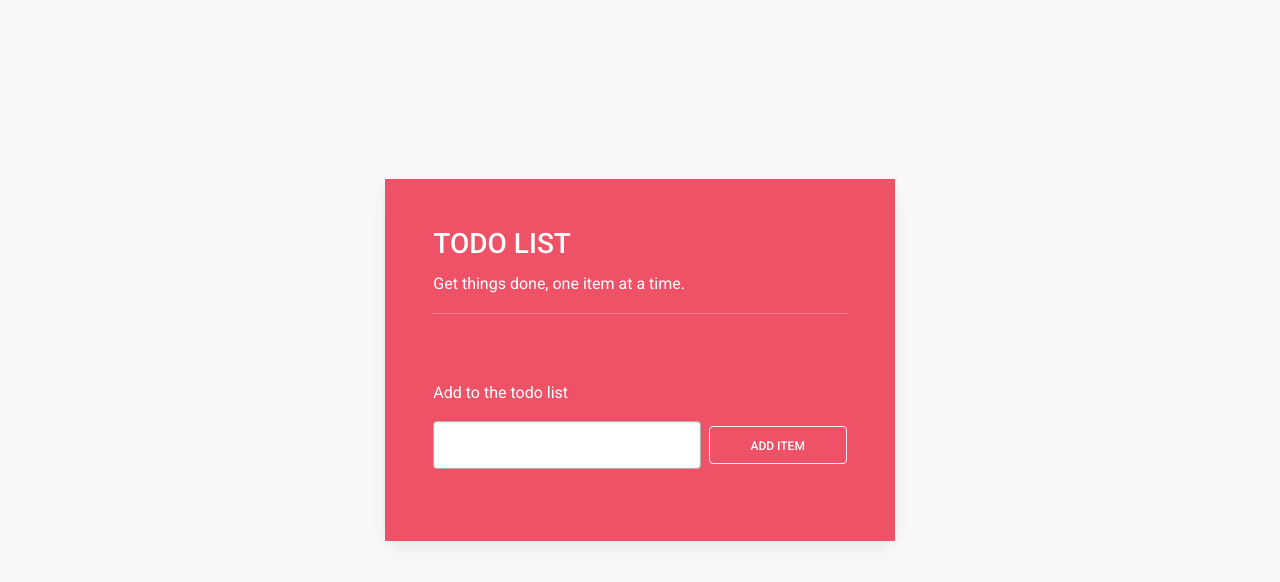
Repository: TinhTT336/MD02_HACKATHON01_HN_JV230620_BS_TranThiTinh_Basic
Page: /
The author's editor kept a copy of each file at every save. The page is drawn from the files as they stood at one save, then again after the next save.
The browser window is 1280 px wide. The pictures show the whole page.
Some web libraries are served in a nearby version. The project was rebuilt for these pictures with package versions that can differ from the ones it lists, and the page was loaded fresh each time. Also part of the build but not shown: vite.config.js, src/App.css.

Above is the page before, as saved 2023-09-05 11:41:28.

### index.html
<!DOCTYPE html>
<html lang="en">
  <head>
    <meta charset="UTF-8" />
    <link rel="icon" type="image/svg+xml" href="/vite.svg" />
    <meta name="viewport" content="width=device-width, initial-scale=1.0" />
    <title>Vite + React</title>
    <link
      href="https://cdnjs.cloudflare.com/ajax/libs/font-awesome/6.0.0/css/all.min.css"
      rel="stylesheet"
    />
    <link
      href="https://fonts.googleapis.com/css?family=Roboto:300,400,500,700&display=swap"
      rel="stylesheet"
    />
    <link
      href="https://cdnjs.cloudflare.com/ajax/libs/mdb-ui-kit/6.2.0/mdb.min.css"
      rel="stylesheet"
    />
  </head>
  <body>
    <div id="root"></div>
    <script type="module" src="/src/main.jsx"></script>
  </body>
</html>

### src/App.jsx
import { useState } from 'react'
import './App.css'
import TodoList from './TodoList/todoList'

function App() {
  const [count, setCount] = useState(0)

  return (
    <>
      <TodoList />
    </>
  )
}

export default App

### src/index.css
/* :root {
  font-family: Inter, system-ui, Avenir, Helvetica, Arial, sans-serif;
  line-height: 1.5;
  font-weight: 400;

  color-scheme: light dark;
  color: rgba(255, 255, 255, 0.87);
  background-color: #242424;

  font-synthesis: none;
  text-rendering: optimizeLegibility;
  -webkit-font-smoothing: antialiased;
  -moz-osx-font-smoothing: grayscale;
  -webkit-text-size-adjust: 100%;
}

a {
  font-weight: 500;
  color: #646cff;
  text-decoration: inherit;
}
a:hover {
  color: #535bf2;
}

body {
  margin: 0;
  display: flex;
  place-items: center;
  min-width: 320px;
  min-height: 100vh;
}

h1 {
  font-size: 3.2em;
  line-height: 1.1;
}

button {
  border-radius: 8px;
  border: 1px solid transparent;
  padding: 0.6em 1.2em;
  font-size: 1em;
  font-weight: 500;
  font-family: inherit;
  background-color: #1a1a1a;
  cursor: pointer;
  transition: border-color 0.25s;
}
button:hover {
  border-color: #646cff;
}
button:focus,
button:focus-visible {
  outline: 4px auto -webkit-focus-ring-color;
}

@media (prefers-color-scheme: light) {
  :root {
    color: #213547;
    background-color: #ffffff;
  }
  a:hover {
    color: #747bff;
  }
  button {
    background-color: #f9f9f9;
  }
} */
body {
  background-color: #faf7f8 !important;
}
.vh-100 {
  width: 50% !important;
  margin: 0 auto !important;
}
.card-body {
  background-color: #ef5267 !important;
  color: #fff !important;
}
.form-control {
  background-color: #fff !important;
  padding: 10px !important;
  width: 100% !important;
}
.list-group-item {
  background-color: #e88c987f !important;
  color: #fff !important;
}
.fas,
.form-check-input {
  color: #fff !important;
}
.btn-info {
  background-color: #ef5267 !important;
  border: 1px solid #efeffe !important;
  width: 45% !important;
  box-shadow: none !important;
}

### src/TodoList/todoList.jsx
import React, { useRef, useState } from 'react'

export default function TodoList() {
    const [input, setInput] = useState("");
    const [todos, setTodos] = useState(() => {
        const list = JSON.parse(localStorage.getItem("todos")) || [];
        return list;
    });
    const inputRef = useRef();
    const [idEdit, setIdEdit] = useState(null);
    // ham them submit
    const handleSubmit = (e) => {
        e.preventDefault();
        if (input !== "") {
            const newTodo = {
                id: Date.now(),
                title: input,
                status: false,
            }
            const newList = [...todos, newTodo];
            setTodos(newList);
            localStorage.setItem("todos", JSON.stringify(newList));
            setInput("");
            inputRef.current.focus();
        }
        // if (idEdit !== -1) {
        //     const newList = todos.map(t => t.id === idEdit ? (t = { ...t, title: input }) : (t = { ...t }));
        //     setTodos(newList);
        //     localStorage.setItem("todos", JSON.stringify(newList));
        //     inputRef.current.focus();
        //     setIdEdit(null);
        // }
    }
    // ham xoa
    const handleDelete = (id) => {
        const newList = todos.filter(t => t.id !== id);
        setTodos(newList);
        localStorage.setItem("todos", JSON.stringify(newList));
        inputRef.current.focus();
    }
    // ham sua
    const handleEdit = (id) => {
        const todoEdit = todos.find(t => t.id === id);
        setInput(todoEdit.title);
        setIdEdit(id);
        inputRef.current.focus();
    }
    // ham check
    const handleCheck = (id) => {
        const newList = todos.map(t => t.id === id ? (t = { ...t, status: !t.status }) : (t = { ...t }));
        setTodos(newList);
        localStorage.setItem("todos", JSON.stringify(newList));
        inputRef.current.focus();
    }
    return (
        <div>
            <section className="vh-100 gradient-custom">
                <div className="container py-5 h-100">
                    <div
                        className="row d-flex justify-content-center align-items-center
              h-100"
                    >
                        <div className="col col-xl-10">
                            <div className="card">
                                <div className="card-body p-5">
                                    <h3 style={{ marginBottom: 10 }}>
                                        TODO LIST
                                    </h3>
                                    <p>Get things done, one item at a time.</p>
                                    <hr></hr>
                                    {/* Tabs content */}
                                    <div className="tab-content">
                                        <div className="tab-pane fade show active">
                                            <ul className="list-group mb-0">
                                                {todos.map(t => (
                                                    <li key={t.id}
                                                        className="list-group-item d-flex
                                          align-items-center border-0 mb-2
                                          rounded justify-content-between"
                                                        style={{ backgroundColor: "#f4f6f7" }}
                                                    >
                                                        {t.status === true ? (<s>{t.title}</s>) : (<span>{t.title}</span>)}
                                                        <div>
                                                            <input
                                                                className="form-check-input me-2"
                                                                type="checkbox" checked={t.status === true} onChange={() => handleCheck(t.id)}
                                                            />
                                                            <a className="text-info" title="Sửa công việc" onClick={() => handleEdit(t.id)}>
                                                                <i
                                                                    className="fas
                                                      fa-pencil-alt
                                                      me-3"
                                                                />
                                                            </a>
                                                            <a onClick={() => handleDelete(t.id)}
                                                                className="text-danger"
                                                                title="Xóa công việc"
                                                            >
                                                                <i
                                                                    className="fas
                                                      fa-trash-alt"
                                                                />
                                                            </a>
                                                        </div>
                                                    </li>
                                                ))}
                                            </ul>
                                            <div className="tab-content">
                                                <p style={{ marginTop: 50 }}>Add to the todo list</p>
                                                <form onSubmit={handleSubmit}
                                                    className="d-flex justify-content-center
                              align-items-center mb-4"
                                                >
                                                    <div className="form-outline flex-fill">
                                                        <input type="text" id="form2" className="form-control" style={{ border: "1px solid #afafaf" }} value={input} onChange={(e) => setInput(e.target.value)} ref={inputRef} />
                                                        {/* <label className="form-label" htmlFor="form2">
                                                            ADD ITEM
                                                        </label> */}
                                                    </div>
                                                    <button
                                                        type="submit"
                                                        className="btn btn-info
                                  ms-2"
                                                    >
                                                        ADD ITEM
                                                    </button>
                                                </form>
                                            </div>
                                        </div>
                                    </div>
                                    {/* Tabs content */}
                                </div>
                            </div>
                        </div>
                    </div>
                </div>
            </section >

        </div >
    )
}

Loaded but not shown: src/main.jsx (common file)

After the next save:
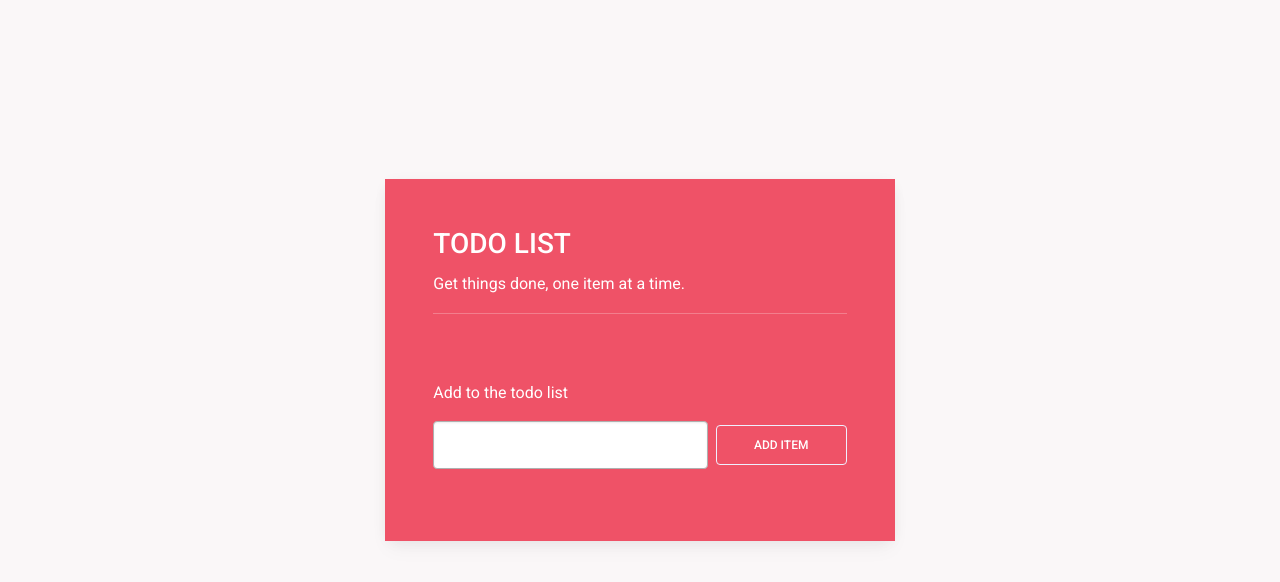
Saved 10 s later.
--- a/src/index.css
+++ b/src/index.css
@@ -96,4 +96,5 @@ body {
   border: 1px solid #efeffe !important;
   width: 45% !important;
   box-shadow: none !important;
+  padding: 10px !important;
 }
